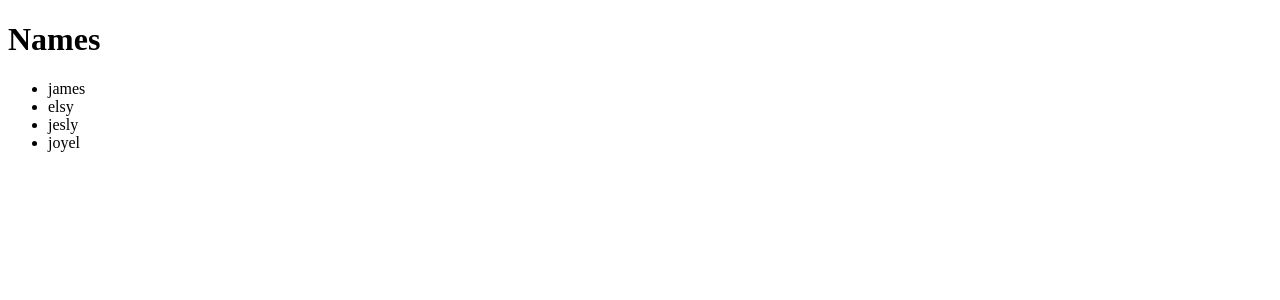
Repository: joyelmk/phpprojectgh
Page: http://localhost/names.php
An editor plug-in stored every save of this project. The page is shown before and after a run of saves, followed by the edit.
The browser window is 1280 px wide. The pictures show the whole page.
The page is run by PHP 8.4 with error messages shown; the project is at /var/www/html/.

Above is the page before, as saved 2022-12-14 12:34:13.

### names.php
<?php
$names=['james','elsy', 'jesly','joyel'];
?>


<!DOCTYPE html>
<html lang="en">
<head>
    <meta charset="UTF-8">
    <meta http-equiv="X-UA-Compatible" content="IE=edge">
    <meta name="viewport" content="width=device-width, initial-scale=1.0">
    <title>Document</title>
    <style>
        .some-names{
            background-color: navy;
            color: white;
        }
        .more-names{
            background-color: gray;
        }
    </style>
</head>
<body class="">
    <h1>Names</h1>
    <ul class="">
        <?php foreach($names as $name){?>
            <li><?=$name ?></li>
            <?php }  ?>


    </ul>


</body>
</html>

After the next 2 saves:
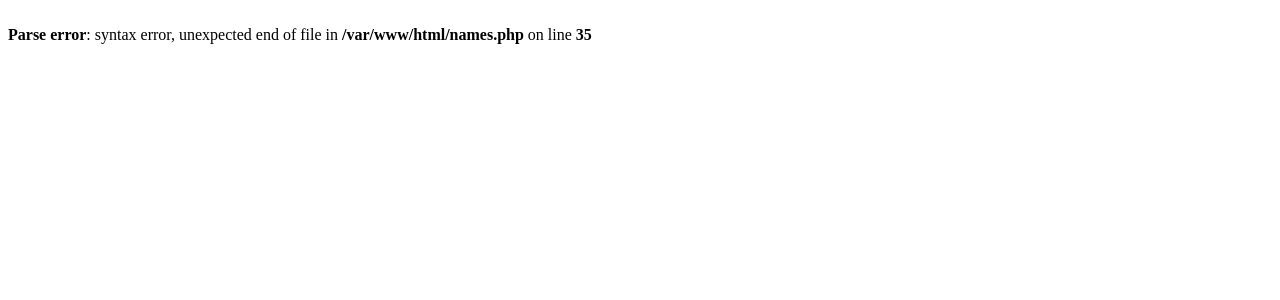
The 2 saves are shown as one change because they came seconds apart.
The last was saved 8 s later.
--- a/names.php
+++ b/names.php
@@ -22,7 +22,7 @@
 </head>
 <body class="">
     <h1>Names</h1>
-    <ul class="">
+    <ul class="<?=">
         <?php foreach($names as $name){?>
             <li><?=$name ?></li>
             <?php }  ?>
